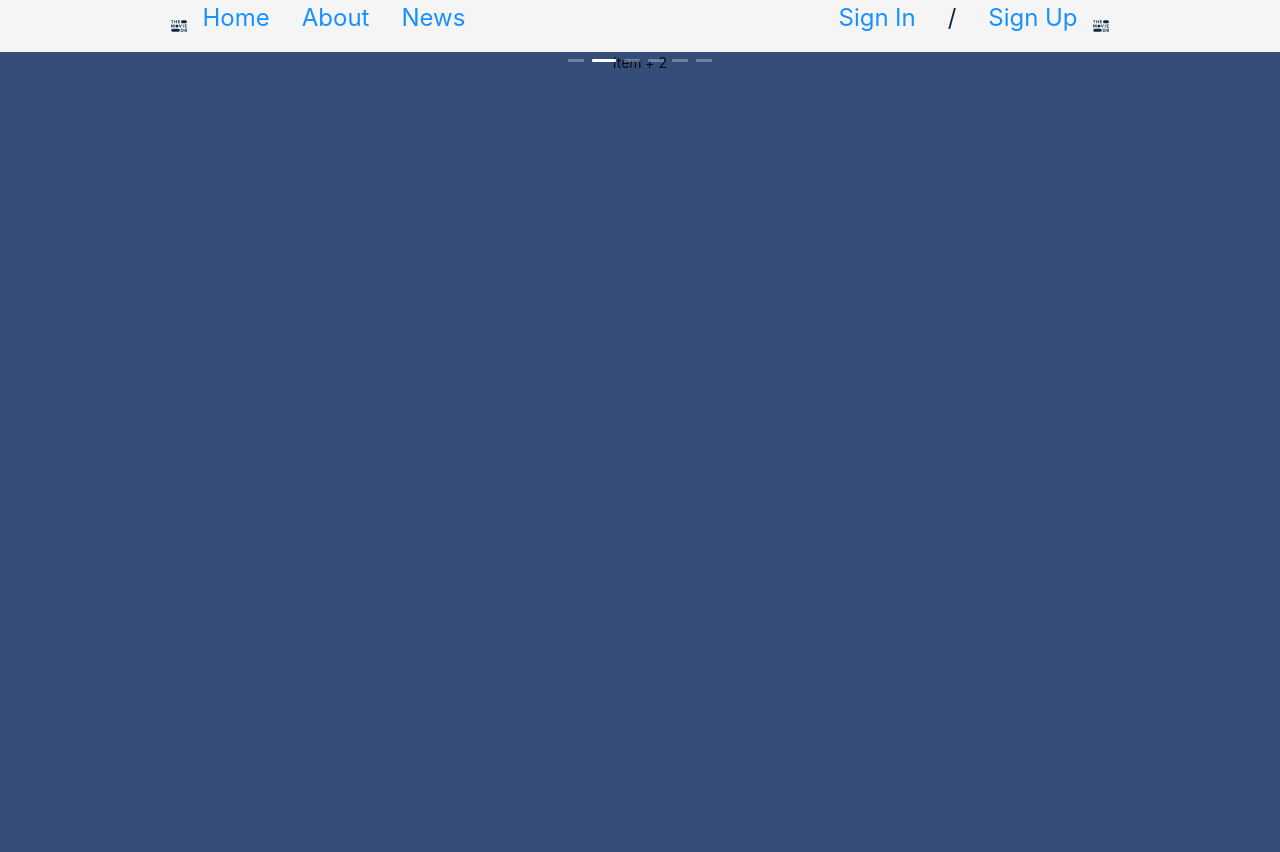
Repository: thaiduy1704/Movie
Page: /
The author's editor kept a copy of each file at every save. The page is drawn from the files as they stood at one save, then again after the next save.
The browser window is 1280 px wide. The pictures show the whole page.
The project was rebuilt for these pictures with package versions that can differ from the ones it lists, and the page was loaded fresh each time. Also part of the build but not shown: src/pages/About.js, src/pages/News.js, src/pages/Error.js.

Above is the page before, as saved 2022-07-14 12:34:16.

### src/index.js
import React from 'react';
import { createRoot } from 'react-dom/client';
import { Provider } from 'react-redux';
import { store } from './app/store';
import App from './App';
import reportWebVitals from './reportWebVitals';
import './index.css';


const container = document.getElementById('root');
const root = createRoot(container);

root.render(
  <React.StrictMode>
    <Provider store={store}>
      <App />
    </Provider>
  </React.StrictMode>
);

// If you want to start measuring performance in your app, pass a function
// to log results (for example: reportWebVitals(console.log))
// or send to an analytics endpoint. Learn more: https://bit.ly/CRA-vitals
reportWebVitals();

### src/App.js

import {
  BrowserRouter as Router,
  Route,
  Routes,

} from "react-router-dom";
import { HomePage, About, News, Error } from './pages'




function App() {
  return (
    <Router>
      <Routes>
        <Route path="/" element={<HomePage />} />
        <Route path="/about" element={<About />} />
        <Route path="/news" element={<News />} />
        <Route path="*" element={<Error />} />
      </Routes>
    </Router>
  );
}

export default App;

### src/index.css
/*
===============
Variables
===============
*/
@import "antd/dist/antd.css";

:root {
  /* dark shades of primary color*/
  --clr-primary-1: hsl(162, 61%, 89%);
  --clr-primary-2: hsl(162, 60%, 78%);
  --clr-primary-3: hsl(162, 61%, 67%);
  --clr-primary-4: hsl(162, 61%, 57%);
  /* primary/main color */
  --clr-primary-5: hsl(162, 73%, 46%);
  /* lighter shades of primary color */
  --clr-primary-6: #1aa179;
  --clr-primary-7: #13795b;
  --clr-primary-8: #0d503c;
  --clr-primary-9: #06281e;
  /* darkest grey - used for headings */
  --clr-grey-1: hsl(212, 33%, 89%);
  --clr-grey-2: hsl(210, 31%, 80%);
  --clr-grey-3: hsl(211, 27%, 70%);
  --clr-grey-4: hsl(209, 23%, 60%);
  /* grey used for paragraphs */
  --clr-grey-5: hsl(210, 22%, 49%);
  --clr-grey-6: hsl(209, 28%, 39%);
  --clr-grey-7: hsl(209, 34%, 30%);
  --clr-grey-8: hsl(211, 39%, 23%);
  --clr-grey-9: hsl(209, 61%, 16%);
  --clr-white: #fff;
  --clr-red-dark: hsl(360, 67%, 44%);
  --clr-red-light: hsl(360, 71%, 66%);
  --clr-green-dark: hsl(125, 67%, 44%);
  --clr-green-light: hsl(125, 71%, 66%);
  --clr-black: #222;
  --transition: all 0.3s linear;
  --spacing: 0.1rem;
  --radius: 0.25rem;
  --light-shadow: 0 5px 15px rgba(0, 0, 0, 0.1);
  --dark-shadow: 0 5px 15px rgba(0, 0, 0, 0.4);
  --max-width: 1170px;
  --fixed-width: 450px;
  --clr-pink: #f28ab2;
}
/*
===============
Global Styles
===============
*/

*,
::after,
::before {
  margin: 0;
  padding: 0;
  box-sizing: border-box;
}
body {
  font-family: -apple-system, BlinkMacSystemFont, "Segoe UI", Roboto, Oxygen,
    Ubuntu, Cantarell, "Open Sans", "Helvetica Neue", sans-serif;
  background: var(--clr-pink);
  color: var(--clr-grey-9);
  line-height: 1.5;
  font-size: 0.875rem;
}
ul {
  list-style-type: none;
}
a {
  text-decoration: none;
}
h1,
h2,
h3,
h4 {
  letter-spacing: var(--spacing);
  text-transform: capitalize;
  line-height: 1.25;
  margin-bottom: 0.75rem;
}
h1 {
  font-size: 3rem;
}
h2 {
  font-size: 2rem;
}
h3 {
  font-size: 1.25rem;
}
h4 {
  font-size: 0.875rem;
}
p {
  margin-bottom: 1.25rem;
  color: var(--clr-grey-5);
}
@media screen and (min-width: 800px) {
  h1 {
    font-size: 4rem;
  }
  h2 {
    font-size: 2.5rem;
  }
  h3 {
    font-size: 1.75rem;
  }
  h4 {
    font-size: 1rem;
  }
  body {
    font-size: 1rem;
  }
  h1,
  h2,
  h3,
  h4 {
    line-height: 1;
  }
}
/*  global classes */

### src/features/counter/counterSlice.js
import { createAsyncThunk, createSlice } from '@reduxjs/toolkit';
import { fetchCount } from './counterAPI';

const initialState = {
  value: 0,
  status: 'idle',
};

// The function below is called a thunk and allows us to perform async logic. It
// can be dispatched like a regular action: `dispatch(incrementAsync(10))`. This
// will call the thunk with the `dispatch` function as the first argument. Async
// code can then be executed and other actions can be dispatched. Thunks are
// typically used to make async requests.
export const incrementAsync = createAsyncThunk(
  'counter/fetchCount',
  async (amount) => {
    const response = await fetchCount(amount);
    // The value we return becomes the `fulfilled` action payload
    return response.data;
  }
);

export const counterSlice = createSlice({
  name: 'counter',
  initialState,
  // The `reducers` field lets us define reducers and generate associated actions
  reducers: {
    increment: (state) => {
      // Redux Toolkit allows us to write "mutating" logic in reducers. It
      // doesn't actually mutate the state because it uses the Immer library,
      // which detects changes to a "draft state" and produces a brand new
      // immutable state based off those changes
      state.value += 1;
    },
    decrement: (state) => {
      state.value -= 1;
    },
    // Use the PayloadAction type to declare the contents of `action.payload`
    incrementByAmount: (state, action) => {
      state.value += action.payload;
    },
  },
  // The `extraReducers` field lets the slice handle actions defined elsewhere,
  // including actions generated by createAsyncThunk or in other slices.
  extraReducers: (builder) => {
    builder
      .addCase(incrementAsync.pending, (state) => {
        state.status = 'loading';
      })
      .addCase(incrementAsync.fulfilled, (state, action) => {
        state.status = 'idle';
        state.value += action.payload;
      });
  },
});

export const { increment, decrement, incrementByAmount } = counterSlice.actions;

// The function below is called a selector and allows us to select a value from
// the state. Selectors can also be defined inline where they're used instead of
// in the slice file. For example: `useSelector((state: RootState) => state.counter.value)`
export const selectCount = (state) => state.counter.value;

// We can also write thunks by hand, which may contain both sync and async logic.
// Here's an example of conditionally dispatching actions based on current state.
export const incrementIfOdd = (amount) => (dispatch, getState) => {
  const currentValue = selectCount(getState());
  if (currentValue % 2 === 1) {
    dispatch(incrementByAmount(amount));
  }
};

export default counterSlice.reducer;

### src/pages/index.js
import HomePage from './HomePage'
import About from './About'
import News from './News'
import Error from './Error'

export { HomePage, About, News, Error }

### src/pages/HomePage.js
import styled from 'styled-components'
import { NavBar, Carousel } from '../components'
const HomePage = () => {
    return (
        <Container>
            <NavBar />
            <Carousel />

        </Container>

    )
}
const Container = styled.main`
    background-color:red;
`
export default HomePage

### src/components/index.js
import NavBar from "./NavBar";
import Carousel from "./Carousel";

export { NavBar, Carousel }

### src/components/NavBar.js
import { SiThemoviedatabase } from 'react-icons/si'
import { Link } from 'react-router-dom'
import styled from 'styled-components'

const NavBar = () => {
    return (
        <Container>
            <div>
                <SiThemoviedatabase />
                <ul>
                    <li><Link to='/'>Home</Link></li>
                    <li><Link to='/about'>About</Link></li>
                    <li><Link to='/news'>News</Link></li>

                </ul>

            </div>
            <div>
                <ul>
                    <li><Link to='/login'>Sign In </Link></li>
                    <li>/</li>
                    <li><Link to='/signup'>Sign Up </Link></li>
                </ul>
                <SiThemoviedatabase />
            </div>

        </Container>

    )
}
const Container = styled.nav`
    background-color: whitesmoke;
    display:flex;
    justify-content:space-around;
    align-items:center;

    div{
    display:flex;
    justify-content:space-around;
    align-items:center;
    }
    ul{
    display:flex;
    justify-content:space-around;
    align-items:center;
    }
    li{
        padding-inline:1rem;
        font-size:1.5rem
    }

`

export default NavBar

### src/components/Carousel.js
import React from 'react'
import { Carousel as CarouselMovie } from 'antd'
import styled from 'styled-components';


const Carousel = () => {


    const renderImg = () => {
        const arr = [1, 2, 3, 4, 5, 6]
        return (arr.map((item) => {
            return (
                <div>Item + {item}</div>
            )
        })

        )
    };

    return (
        <Container>

            <CarouselMovie autoplay>{renderImg()}</CarouselMovie>
        </Container>
    )
}
const Container = styled.div`
  height: 800px;
  color: #fff;
  text-align:center;
  background : #364d79;
  background-position: center ;
  background-size:100% 100%;
  background-repeat: no-repeat;


`


export default Carousel

Loaded but not shown: public/index.html (common file); src/app/store.js (common file); src/reportWebVitals.js (common file); src/features/counter/counterAPI.js (common file)

After the next save:
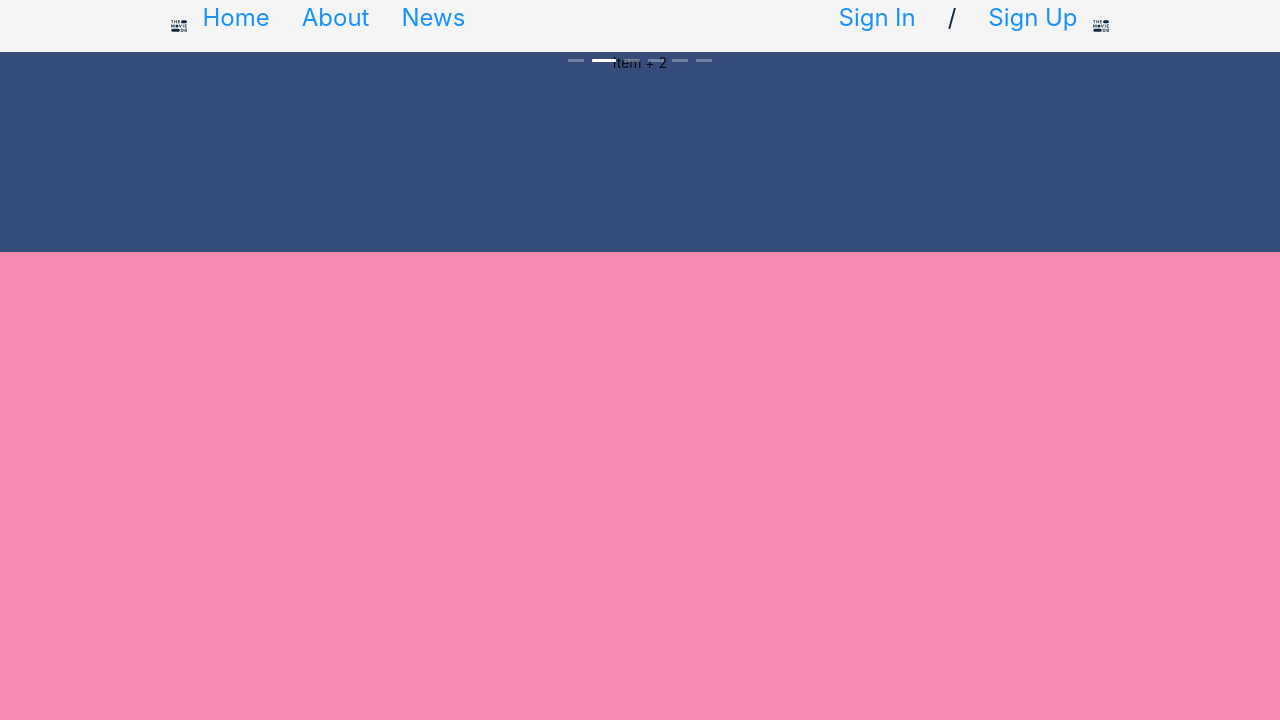
Saved 11 s later.
--- a/src/components/Carousel.js
+++ b/src/components/Carousel.js
@@ -25,7 +25,7 @@ const Carousel = () => {
     )
 }
 const Container = styled.div`
-  height: 800px;
+  height: 200px;
   color: #fff;
   text-align:center;
   background : #364d79;
